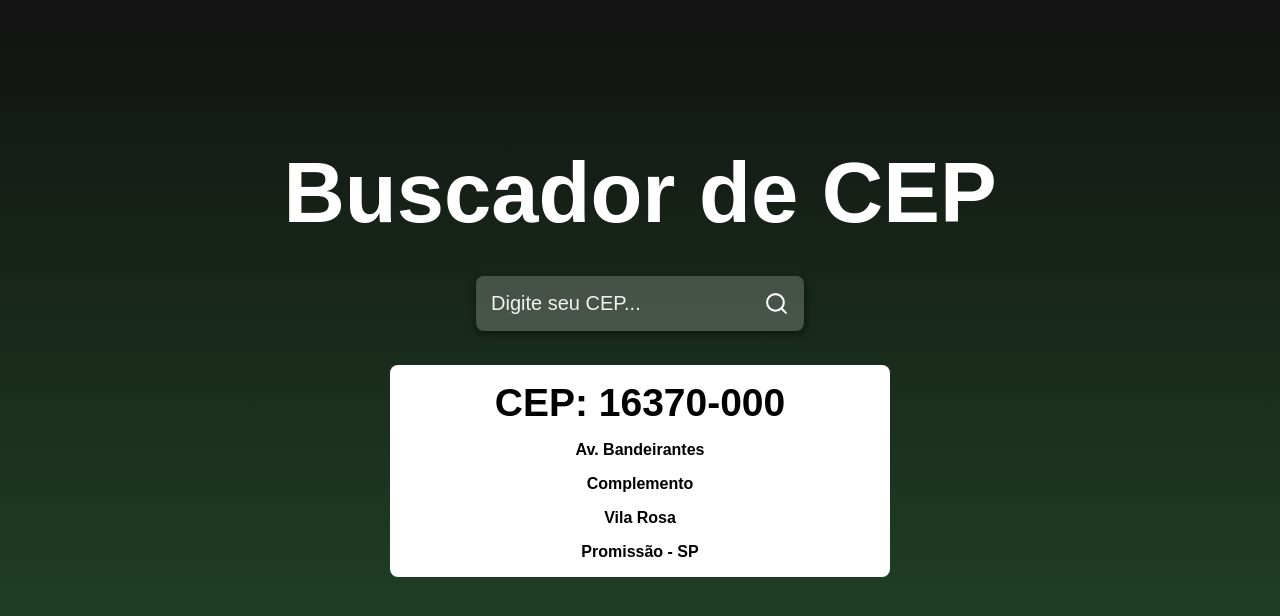
Repository: guipolo09/buscador-de-cep
Page: /
These files come from the project's save history. The page is drawn as it stood at one moment and after the next save; the edit follows.
The browser window is 1280 px wide. The pictures show the whole page.
The project was rebuilt for these pictures with package versions that can differ from the ones it lists, and the page was loaded fresh each time.

Above is the page before, as saved 2022-06-26 12:32:52.

After the next save:
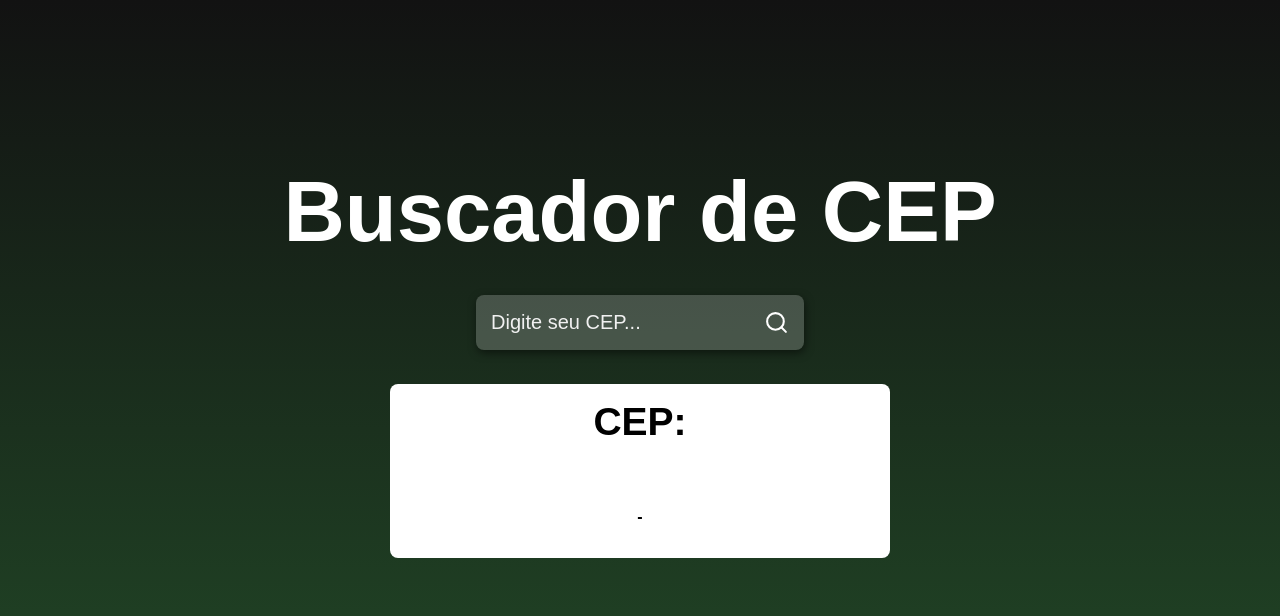
Saved 2 min 54 s later.
--- a/src/App.js
+++ b/src/App.js
@@ -37,11 +37,14 @@ function App() {
         </button>
       </div>
       <main className="main">
-        <h2>CEP: 16370-000</h2>
-        <span>Av. Bandeirantes</span>
-        <span>Complemento</span>
-        <span>Vila Rosa</span>
-        <span>Promissão - SP</span>
+        <h2>CEP: {cep.cep}</h2>
+        <span>{cep.logradouro}</span>
+        <span>{cep.complemento}</span>
+        <span>{cep.bairro}</span>
+        <span>
+          {cep.localidade} - {cep.uf}
+        </span>
+        <span>{cep.ddd}</span>
       </main>
     </div>
   );
